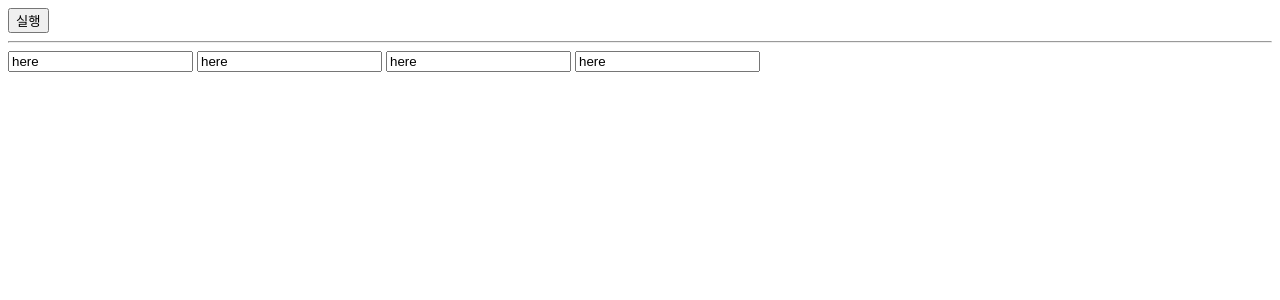
Repository: jinseon5462/Study_Jsp2
Page: http://localhost/ajax_crud/listView.jsp
The author's editor kept a copy of each file at every save. The page is drawn from the files as they stood at one save, then again after the next save.
The browser window is 1280 px wide. The pictures show the whole page.
After loading, the first visible `#btn` was clicked once.
The page is served by Tomcat 9.

Above is the page before, as saved 2023-01-03 12:35:10.

After the next save:
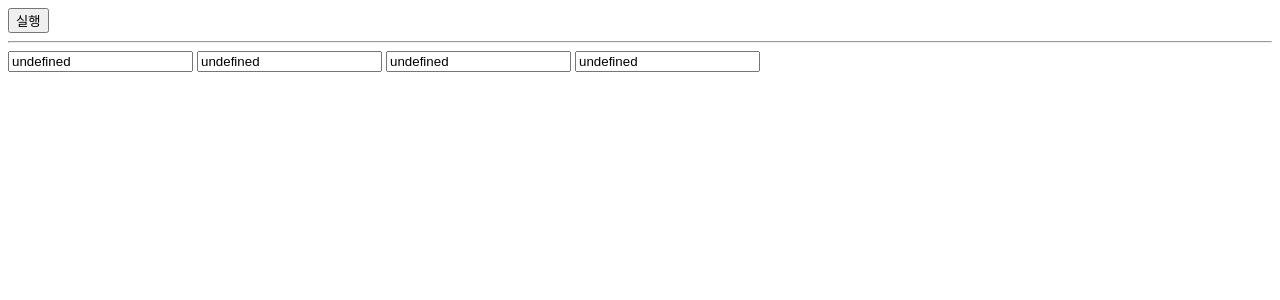
Saved 13 s later.
--- a/jsp_ws/ajax_crud/src/main/webapp/listView.jsp
+++ b/jsp_ws/ajax_crud/src/main/webapp/listView.jsp
@@ -31,10 +31,10 @@
 			} */
 
 
-			/* document.getElementById("id").value = obj.id;
+			document.getElementById("id").value = obj.id;
 			document.getElementById("pw").value = obj.pw;
 			document.getElementById("name").value = obj.name;
-			document.getElementById("tel").value = obj.tel; */
+			document.getElementById("tel").value = obj.tel;
 		}
 		xhttp.open("GET", "text.txt");
 		xhttp.send();
